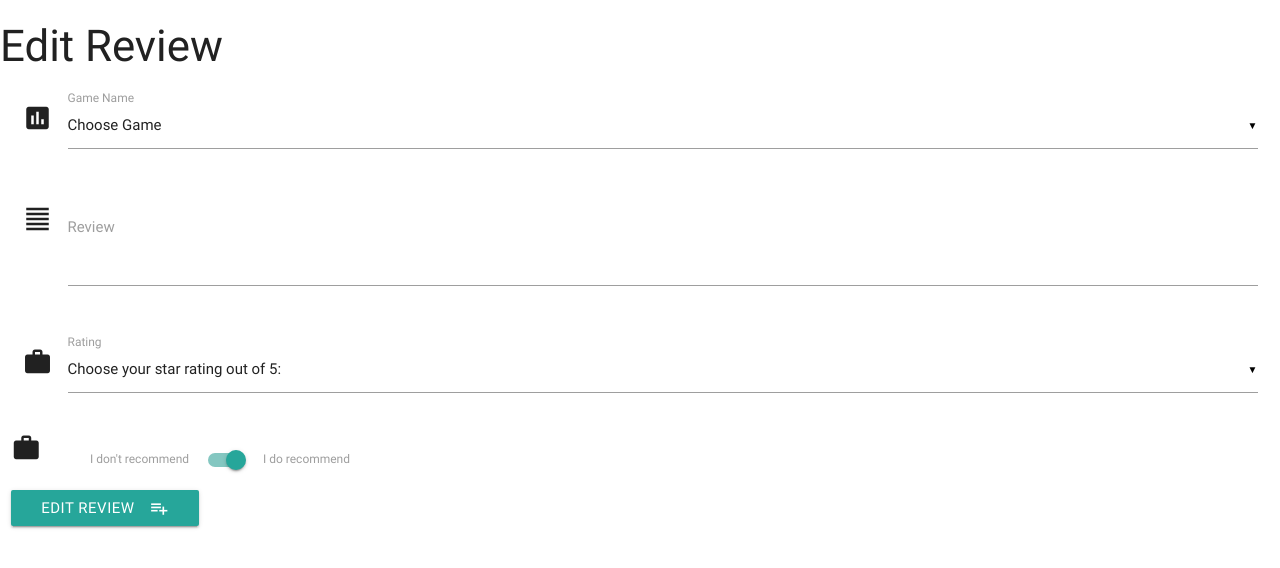
Repository: arcorco/dcd-milestone
Page: templates/editreview.html
The author's editor kept a record of every edit. The page is drawn from the files as they stood at one moment, then again after the next edit.
The browser window is 1280 px wide. The pictures show the whole page.
Some web libraries are served in a nearby version. The page is served by the project's application, run on Flask 3 (app.py). The template is opened directly, without the code that normally fills it, so the values that code supplies are empty.

Above is the page before.

After the next edit:
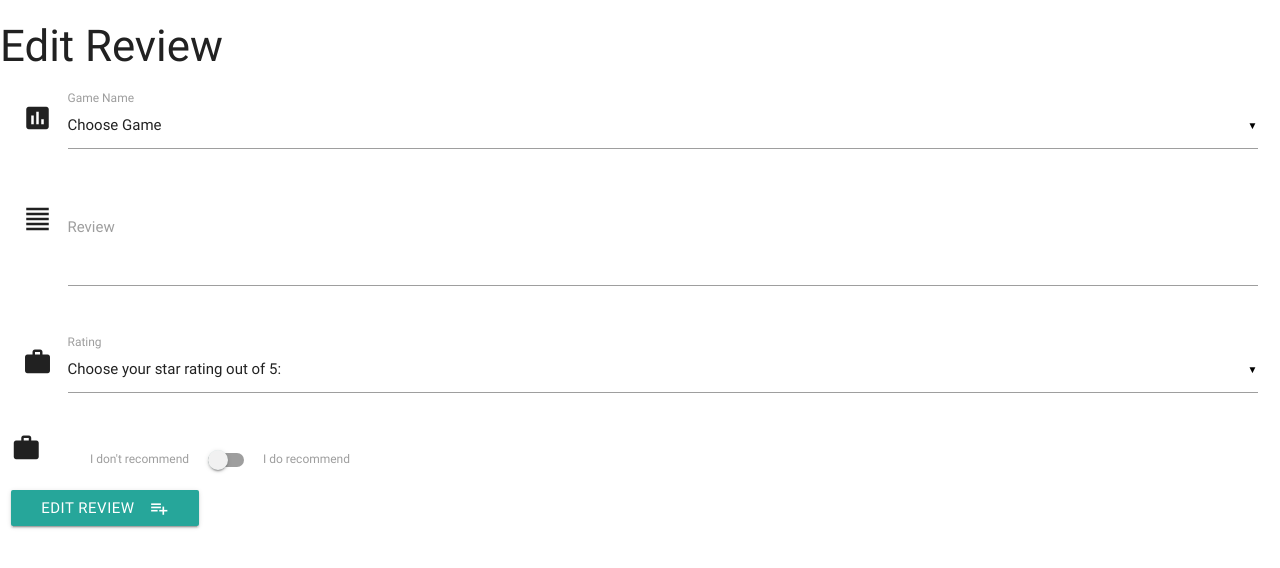
The edit:
--- a/templates/editreview.html
+++ b/templates/editreview.html
@@ -50,7 +50,7 @@
       {% if review.recommended == "Yes" %}
       <input id="recommended" name="recommended" type="checkbox" checked>
       {% else %}
-      <input id="recommended" name="recommended" type="checkbox" checked>
+      <input id="recommended" name="recommended" type="checkbox" >
       {% endif %}
       <span class="lever"></span>
       I do recommend
